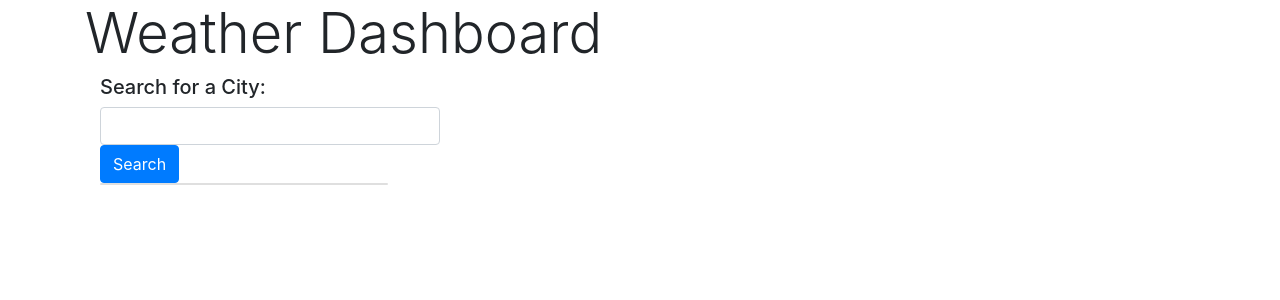
Repository: LaBrewT2/weather-dashboard
Page: index.html
The author's editor kept a copy of each file at every save. The page is drawn from the files as they stood at one save, then again after the next save.
The browser window is 1280 px wide. The pictures show the whole page.
Some web libraries are served in a nearby version.

Above is the page before, as saved 2021-01-03 19:11:13.

After the next save:
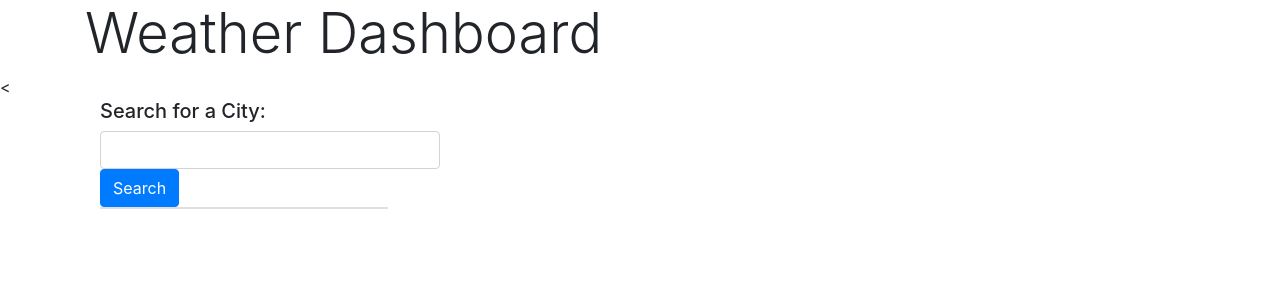
Saved 5 s later.
--- a/index.html
+++ b/index.html
@@ -23,7 +23,7 @@
 
 <!-- Page main container with rows -->
 <section>
-
+  <
 <div id ="maincontainer" class="container">
   <div class="col-4" id = "searchBlock">
 
